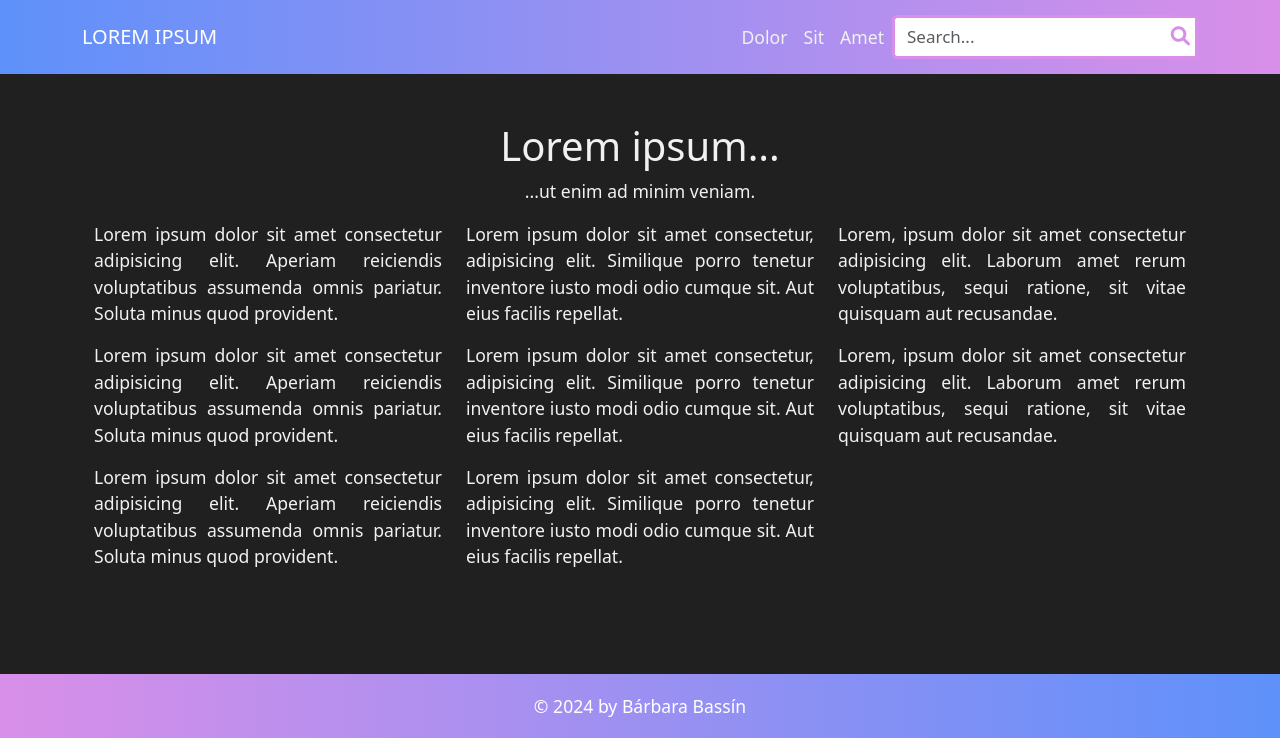
Repository: romancegirl/responsiveness
Page: index.html
The author's editor kept a copy of each file at every save. The page is drawn from the files as they stood at one save, then again after the next save.
The browser window is 1280 px wide. The pictures show the whole page.

Above is the page before, as saved 2024-11-19 20:38:49.

After the next save:
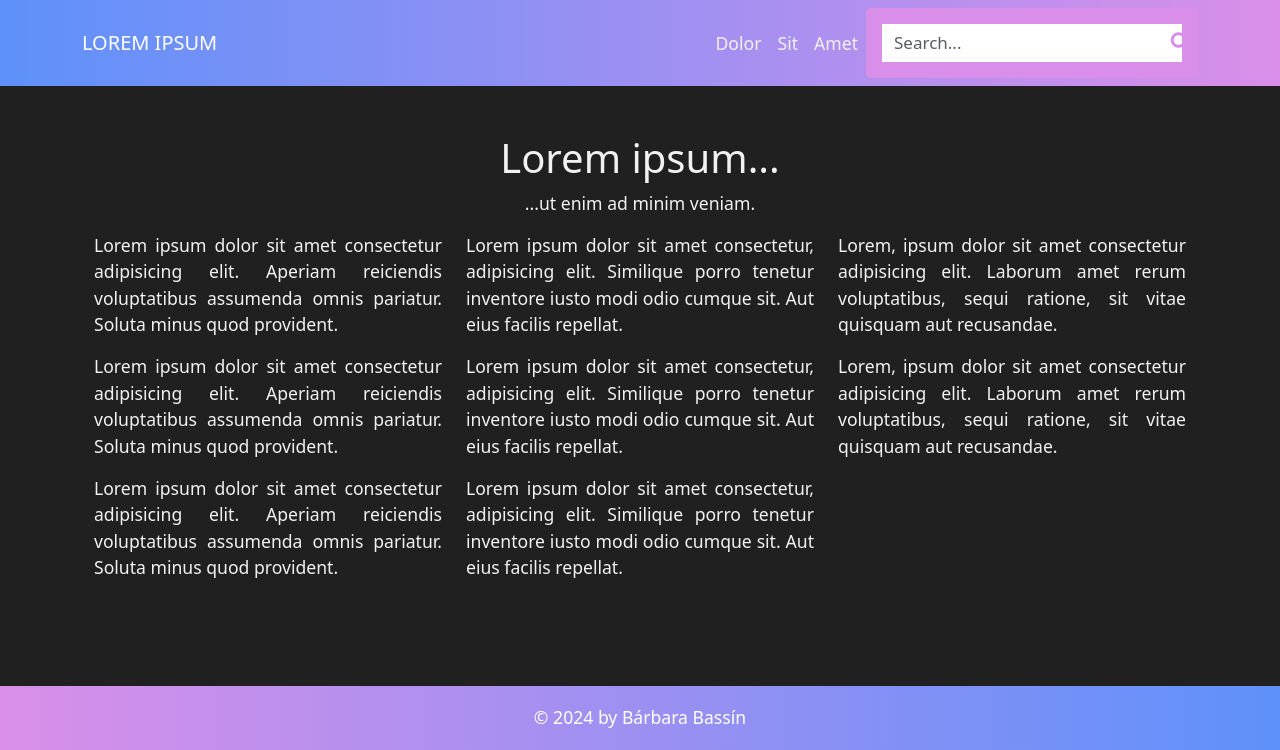
Saved 14 s later.
--- a/css/header-and-footer.css
+++ b/css/header-and-footer.css
@@ -30,7 +30,7 @@
 .input-group .form-control {
     padding-right: 2.5rem;
     font-size: 17px;
-    border: 0.2rem solid #d98fe9;
+    border: 1rem solid #d98fe9;
     border-radius: 0.3rem;
 }
 

After the save that followed:
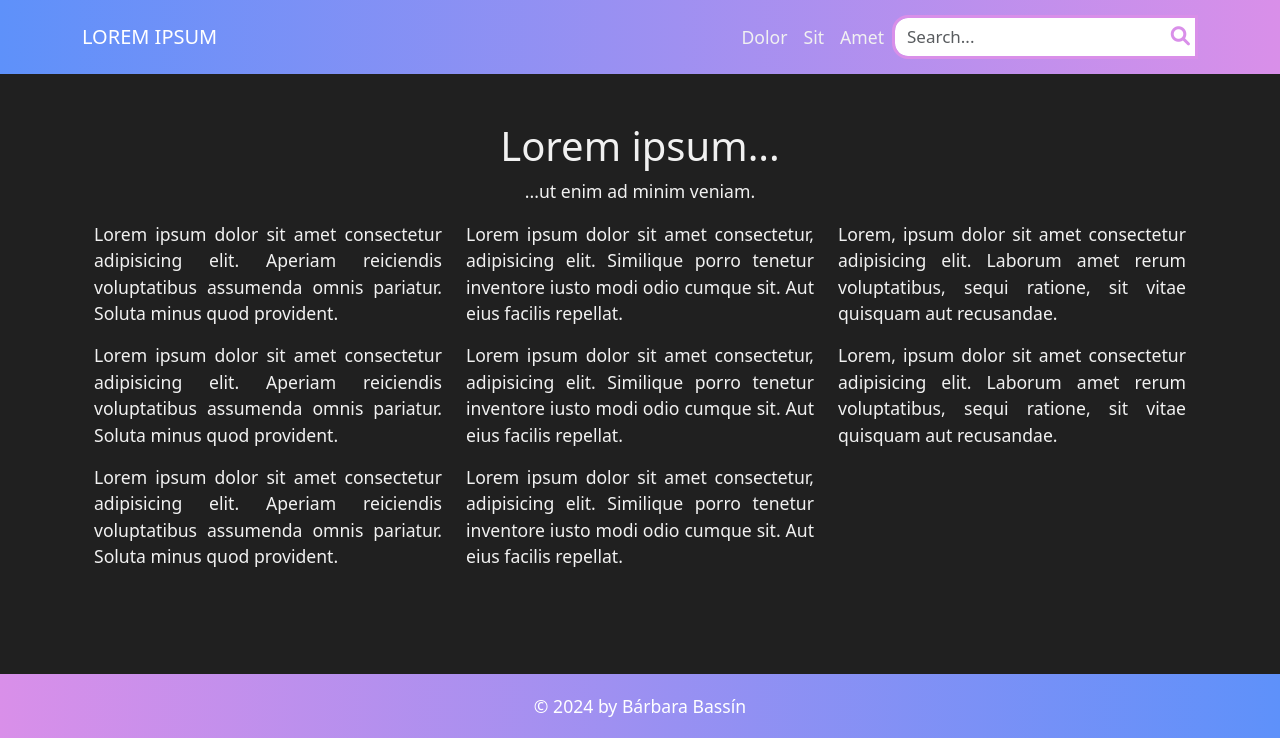
Saved 8 s later.
--- a/css/header-and-footer.css
+++ b/css/header-and-footer.css
@@ -30,8 +30,8 @@
 .input-group .form-control {
     padding-right: 2.5rem;
     font-size: 17px;
-    border: 1rem solid #d98fe9;
-    border-radius: 0.3rem;
+    border: 0.2rem solid #d98fe9;
+    border-radius: 1rem;
 }
 
 .input-group .btn {
